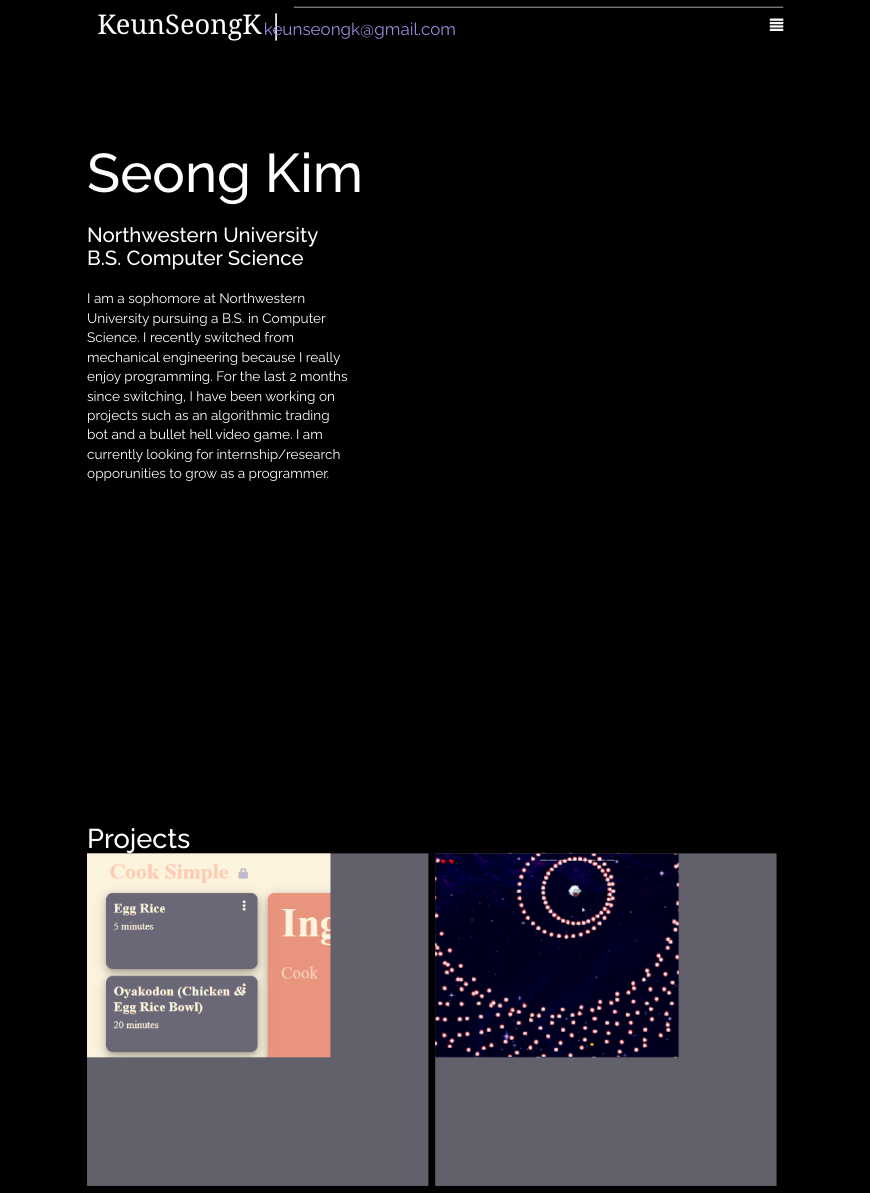
Repository: oqueuo/personal-site
Page: index.html
The author's editor kept a copy of each file at every save. The page is drawn from the files as they stood at one save, then again after a run of saves.
The browser window is 1280 px wide. The pictures show the whole page, at 68% of full size.

Above is the page before, as saved 2020-09-21 18:06:51.

After the next 2 saves:
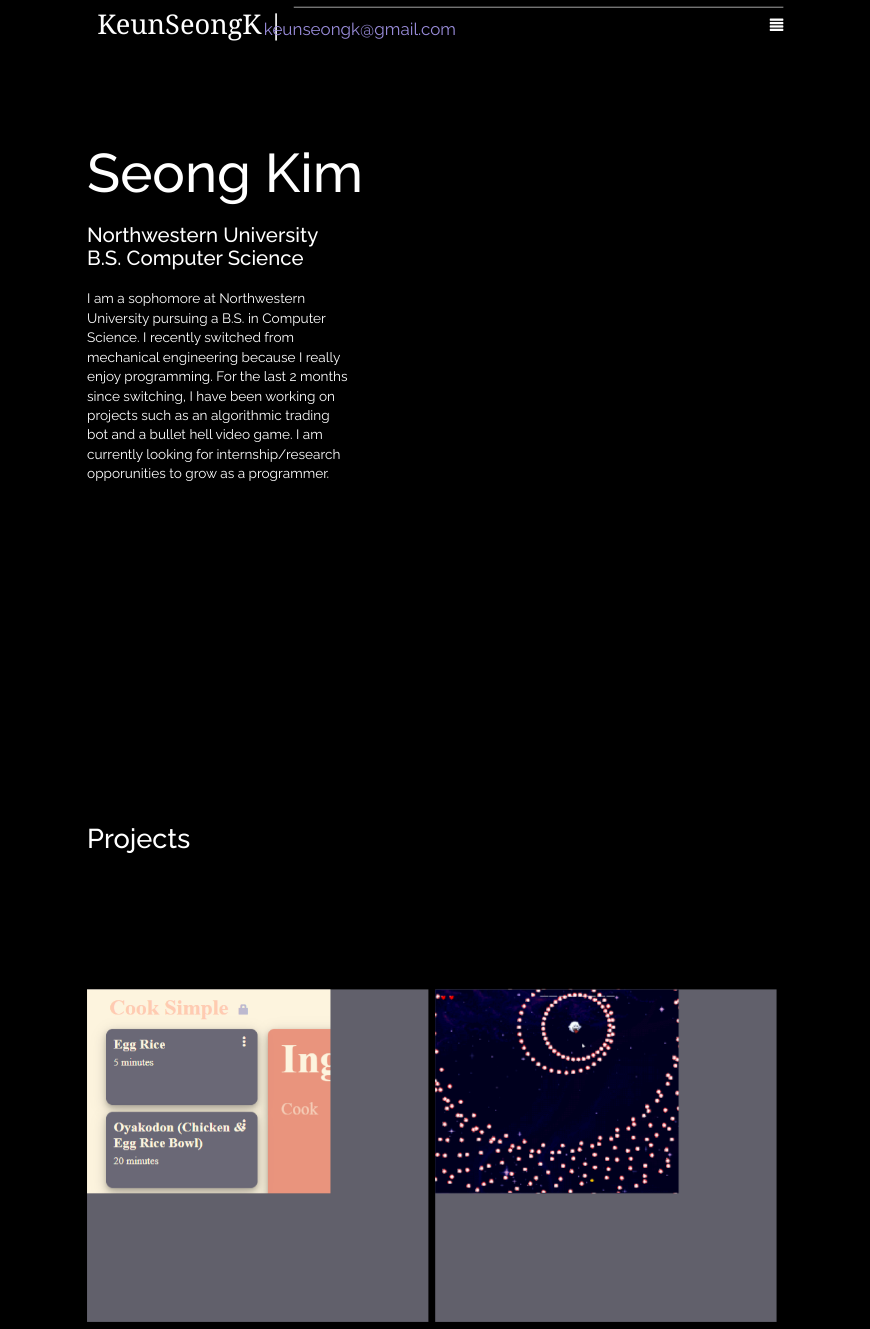
The 2 saves are shown as one change because they came seconds apart.
The last was saved 9 s later.
--- a/styles.css
+++ b/styles.css
@@ -95,7 +95,7 @@ ul a:active, #email:active, .more-info-on-github:active {
 
 #projects-header {
     font-size: 40px;
-    margin-bottom: 200px;
+    margin-bottom: 200px !important;
     color: white;
     margin-top: 500px !important;
 }
